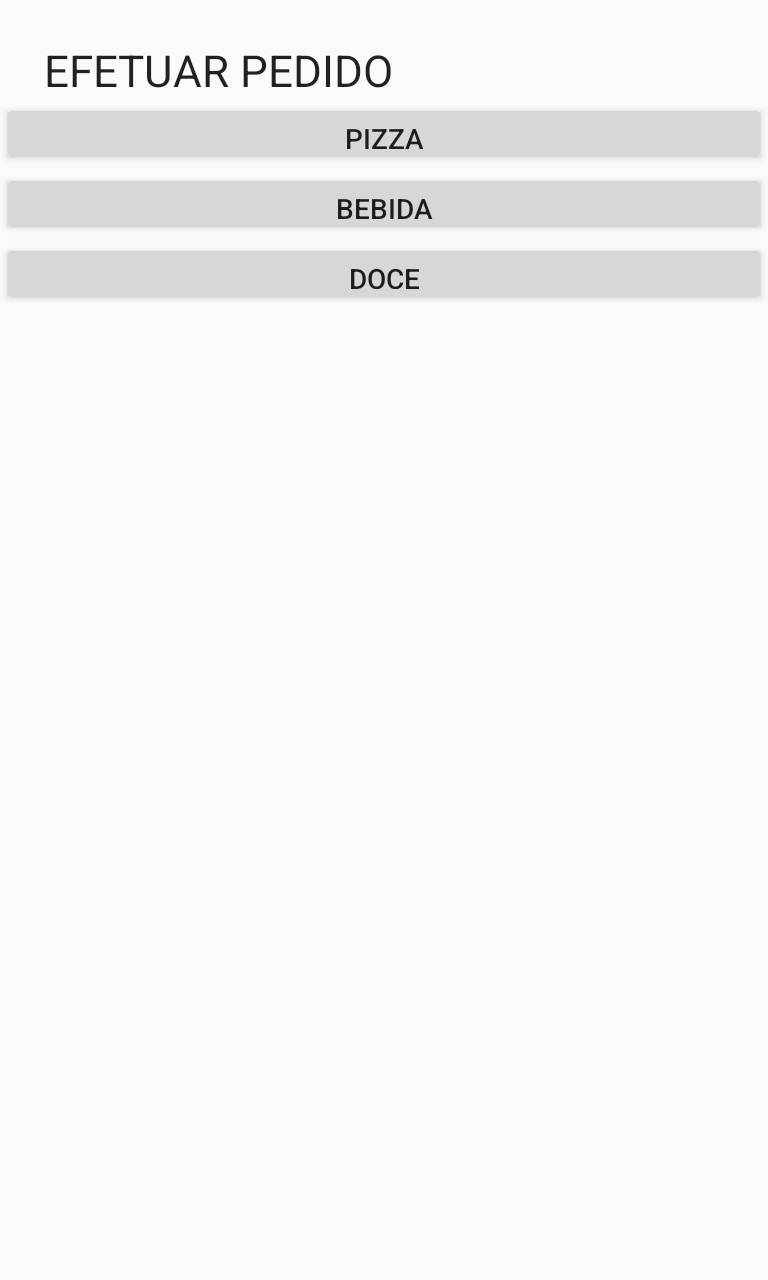
Repository: LucasSampaio/SysPizza-PSI
Layout: CodigoFonte/MOBILE/SysPizza/res/layout/activity_efetuar_pedidos.xml
The author's editor kept a copy of each file at every save. The layout is drawn from the files as they stood at one save, then again after the next save.
It is drawn on a 768 x 1280 px phone screen (xhdpi) without system bars, with theme AppTheme; the app's code is not run.

Above is the layout before, as saved 2014-09-25 13:46:06.

After the next save:
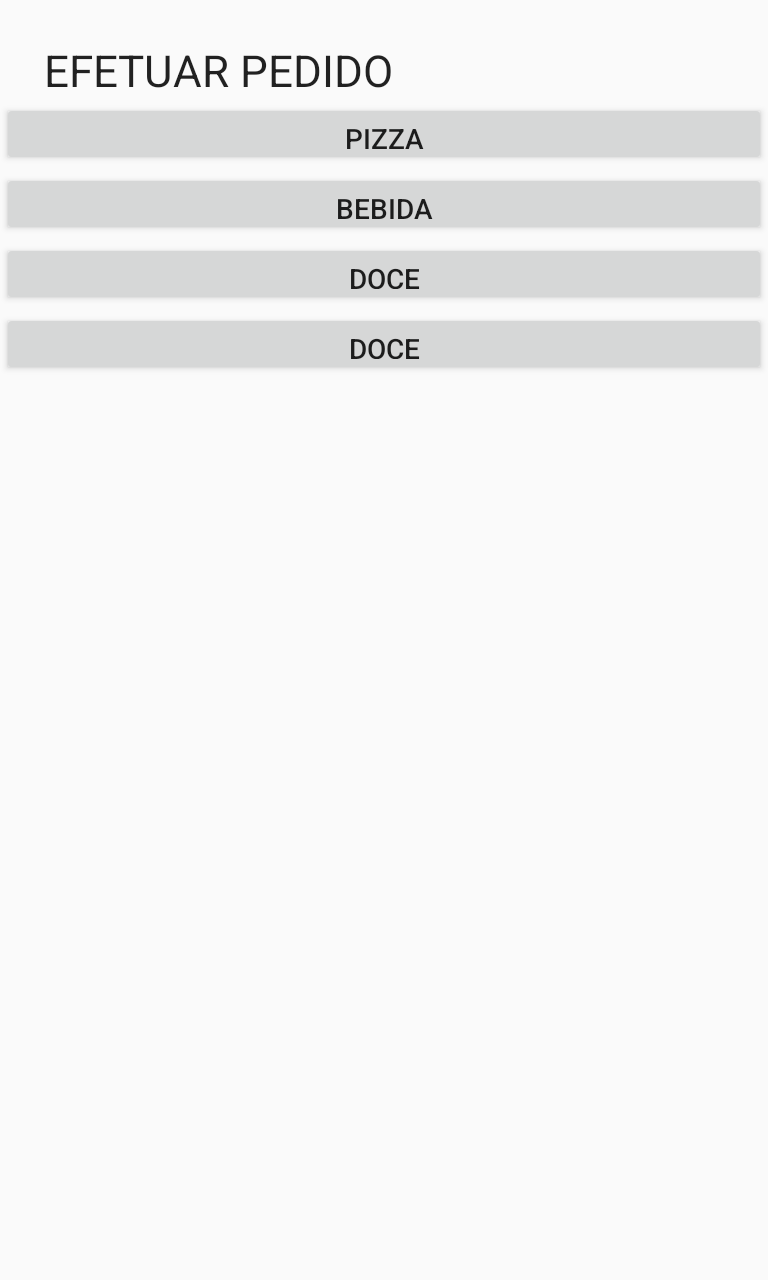
Saved 49 s later.
--- a/CodigoFonte/MOBILE/SysPizza/res/layout/activity_efetuar_pedidos.xml
+++ b/CodigoFonte/MOBILE/SysPizza/res/layout/activity_efetuar_pedidos.xml
@@ -38,4 +38,12 @@
         android:layout_below="@+id/btBebidaEfetuarPedido"
         android:text="Doce" />
 
+    <Button
+        android:id="@+id/btSanduicheEfetuarPedido"
+        android:layout_width="fill_parent"
+        android:layout_height="35dp"
+        android:layout_alignParentLeft="true"
+        android:layout_below="@+id/btDoceEfetuarPedido"
+        android:text="Doce" />
+
 </RelativeLayout>
